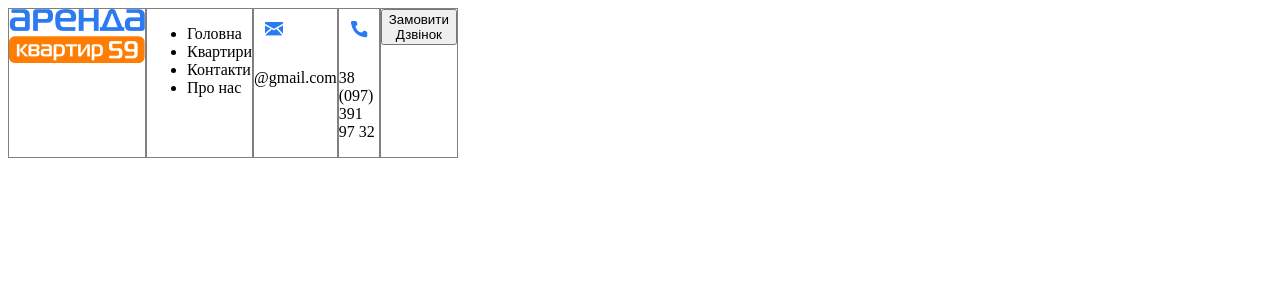
Repository: batonAnton/HW-7-grid
Page: index.html
The author's editor kept a copy of each file at every save. The page is drawn from the files as they stood at one save, then again after the next save.
The browser window is 1280 px wide. The pictures show the whole page.

Above is the page before, as saved 2022-06-25 16:21:20.

After the next save:
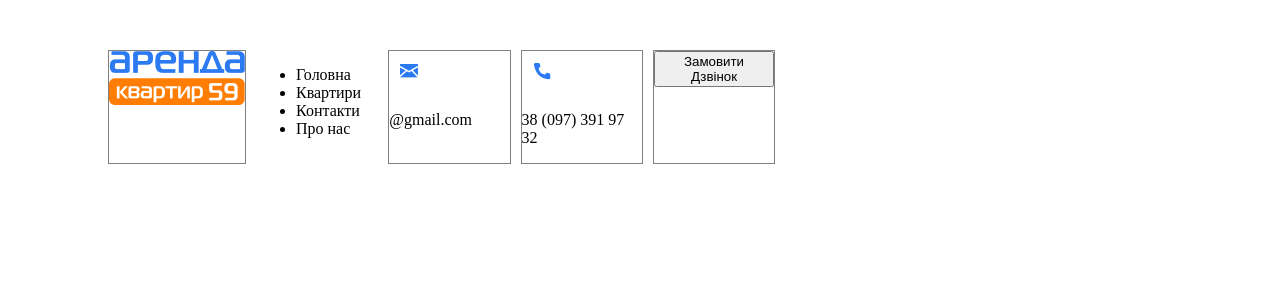
Saved 2 min 19 s later.
--- a/index.html
+++ b/index.html
@@ -7,17 +7,18 @@
     <link rel="stylesheet" href="./css/styles2.css">
     <title>Grid</title>
 </head>
+        <div class="wrapper allstyles">
     <header>
-        <div class="wrapper">
+
             <div class="item logo "><img src="./images/logo.png" alt="logo"></div>
-            <div class="item menu">
+            <!-- <div class="item menu"> -->
                 <ul>
                     <li>Головна</li>
                     <li>Квартири</li>
                     <li>Контакти</li>
                     <li>Про нас</li>
                 </ul>
-            </div>
+            <!-- </div> -->
             <div class="item mail">
                 <img src="./images/email.png" alt="email">
                 <p>@gmail.com</p>
@@ -30,8 +31,9 @@
                     <button>Замовити Дзвінок </button>
             </div>
 
+    </header>
+
         </div>
-    </header>
 
 <!-- <div>
     <div>
